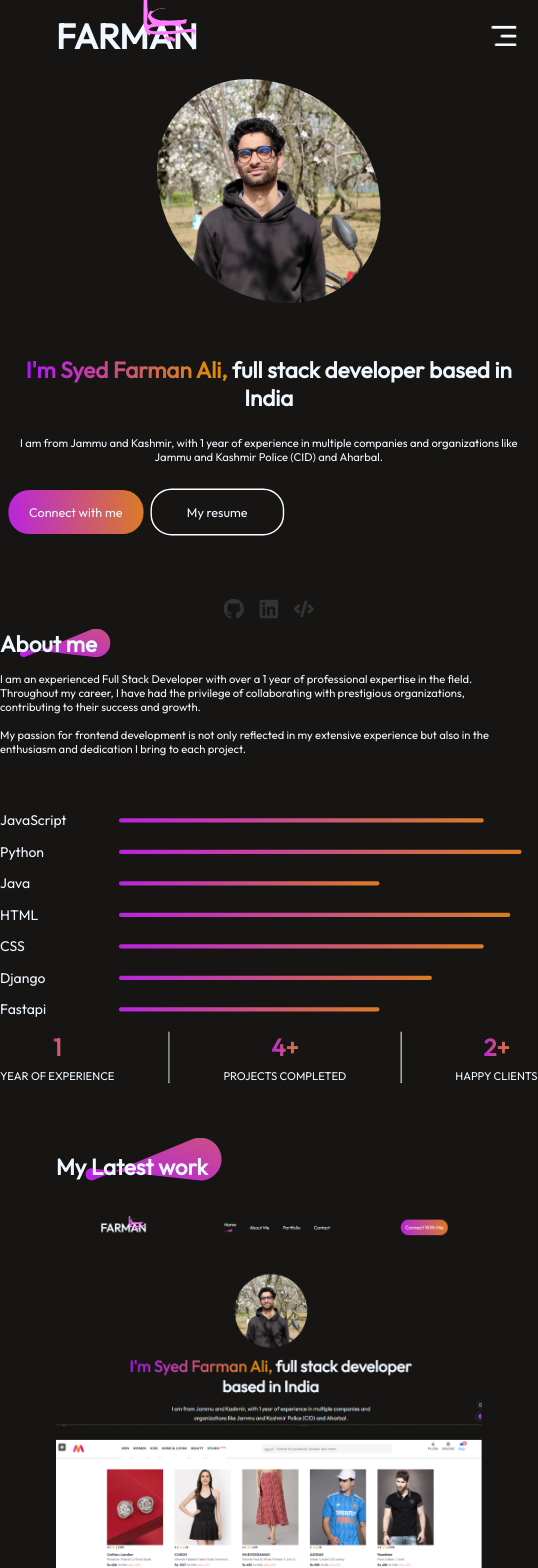
Repository: FARMAN9/portfolio_React
Page: /
An editor plug-in stored every save of this project. The page is shown before and after the next save, followed by the edit.
The browser window is 768 px wide. The pictures show the part of the page from y = 0 to 2240 px (the page is 5795 px tall), at 70% of full size.
The project was rebuilt for these pictures with package versions that can differ from the ones it lists, and the page was loaded fresh each time. Also part of the build but not shown: vite.config.js.

Above is the page before, as saved 2024-10-16 21:38:17.

### index.html
<!doctype html>
<html lang="en">
  <head>
    <meta charset="UTF-8" />
    <link rel="icon" type="image/svg+xml" href="/bac.svg" />
    <meta name="viewport" content="width=device-width, initial-scale=1.0" />
    <title>Portfoilo</title>
    <link rel="preconnect" href="https://fonts.googleapis.com">
<link rel="preconnect" href="https://fonts.gstatic.com" crossorigin>
<link href="https://fonts.googleapis.com/css2?family=Outfit&display=swap" rel="stylesheet">


  </head>
  <body>
    <div id="root"></div>

    <script type="module" src="/src/main.jsx"></script>
  </body>
</html>

### src/App.jsx

import NavBar from './Components/Navbar/NavBar'
import Hero from './Components/Hero/Hero'
import About from './Components/About/About'
import MyWork from './Components/MyWork/MyWork'
import Contact from './Components/Contact/Contact'
import Footer from './Components/Footer/Footer'
import React from 'react';

function App() {


  return (
  <>
  <NavBar/>
  <Hero/>
  <About/>
  <MyWork/>
  <Contact/>
  <Footer/>
  </>
  )
}

export default App

### src/index.css

*{
  margin: 0;
  padding: 0;

}
body{
  height: 100vh;
  background: #161513;
  color: aliceblue;
  font-family: outfit;
}

### src/Components/Navbar/NavBar.jsx
import React, { useRef, useState,useEffect } from 'react';
import './Navbar.css';
import ali from '../../assets/ali.png'
import backgound from '../../assets/nav_underline.svg'
import AnchorLink from 'react-anchor-link-smooth-scroll'
import menu_open from '../../assets/menu_open.svg'
import menu_close from '../../assets/menu_close.svg'



function NavBar() {



  const [menu,setMenu]=useState('home')
  const menuRef =useRef();
  const openMenu=()=>{
    menuRef.current.style.right='0'
  }
  const closeMenu=()=>{
    menuRef.current.style.right='-350px'
  }
  return (
    <nav className='navbar'>
      <div className='logo'>
      <AnchorLink className='anchor-link' href='#home'>
      <h1>FARMAN</h1>
      <img src={ali} alt="" />
      </AnchorLink>
      </div>
      <img src={menu_open}  onClick={openMenu} alt="" className='nav-mob-open' />

            <ul ref={menuRef} className='nav-menu'>
            <img src={menu_close} alt="" className='nav-mob-close' onClick={closeMenu}/>
             <li> <AnchorLink className='anchor-link' href='#home'><p onClick={()=>setMenu('home')}>Home</p> </AnchorLink>{menu ==='home' ? <img src ={backgound} alt=''/>:<></> }</li>
             <li><AnchorLink className='anchor-link' offset={50} href='#about'><p onClick={()=>setMenu('about')}>About Me</p></AnchorLink>{menu ==='about' ? <img src ={backgound} alt=''/>:<></> }</li>
             <li><AnchorLink className='anchor-link' offset={50} href='#work'><p onClick={()=>setMenu('work')}>Portfolio</p></AnchorLink>{menu ==='work' ? <img src ={backgound} alt=''/>:<></> }</li>
             <li><AnchorLink className='anchor-link' offset={50} href='#contact'><p onClick={()=>setMenu('contact')}>Contact</p></AnchorLink>{menu ==='contact' ? <img src ={backgound} alt=''/>:<></> }</li>
            </ul>
            <div className="nav-connect"><AnchorLink className='anchor-link' offset={50} href='#contact'>Connect With Me</AnchorLink></div>

    </nav>
  )
}

export default NavBar

### src/Components/Hero/Hero.jsx
import "./Hero.css";
import profile from "../../assets/profile.jpg";
import AnchorLink from "react-anchor-link-smooth-scroll";
import { FaGithub, FaLinkedin, FaCode } from "react-icons/fa";
import React, { useRef, useEffect } from "react";
import gsap from "gsap";
import { ScrollTrigger } from "gsap/ScrollTrigger";

// Register ScrollTrigger plugin
gsap.registerPlugin(ScrollTrigger);

function Hero() {
  return (
    <div id="home" className="hero">
      <img
        // Reference for the image
        src={profile}
        alt="profile"
      />

      <h1>
        <span className="myname">I'm Syed Farman Ali,</span> full stack
        developer based in India
      </h1>
      <p>
        I am from Jammu and Kashmir, with 1 year of experience in multiple
        companies and organizations like Jammu and Kashmir Police (CID) and
        Aharbal.
      </p>
      <div className="hero-action">
        <div className="hero-connect">
          <AnchorLink className="anchor-link" offset={50} href="#contact">
            Connect with me
          </AnchorLink>
        </div>
        <a
          className="hero-resume"
          href="https://rxresu.me/farman9/python-django-developer">
          My resume
        </a>
      </div>
      <div className="hero-socials">
        <a
          href="https://github.com/farman9"
          target="_blank"
          rel="noopener noreferrer">
          <FaGithub size={30} />
        </a>
        <a
          href="https://www.linkedin.com/in/farman9"
          target="_blank"
          rel="noopener noreferrer">
          <FaLinkedin size={30} />
        </a>
        <a
          href="https://leetcode.com/u/saeedfarman9/"
          target="_blank"
          rel="noopener noreferrer">
          <FaCode size={30} />
        </a>
      </div>
    </div>
  );
}

export default Hero;

### src/Components/About/About.jsx
import React from 'react'
import'./About.css'
import bac from '../../assets/bac.svg'
import profile from '../../assets/profile.jpg'


function About() {
  const skills = [
    { name: 'JavaScript', value: 70 },
    { name: 'Python', value: 80 },
    { name: 'Java', value: 50 },
    { name: 'HTML', value: 75 },
    { name: 'CSS', value: 70 },
    { name: 'Django', value: 60 },
    { name: 'Fastapi', value: 50 },

  ];

  return (
    <div id='about' className='about'>
        <div className="about-title">
            <h1>About me</h1>
            <img src={bac} alt="" />
        </div>
        <div className="about-sections">
        <div className="about-left">
        <img src={profile} alt="" />
       </div>
       <div className="about-right">
       <div className="about-para">
        <p>I am an experienced Full Stack Developer with over a 1 year of professional expertise in the field. Throughout my career, I have had the privilege of collaborating with prestigious organizations, contributing to their success and growth.</p>
        <p>My passion for frontend development is not only reflected in my extensive experience but also in the enthusiasm and dedication I bring to each project.</p>
       </div>
       <div className="about-skills">
        {
            skills.map((skill)=><div className="about-skill" key={skill.name}><p>{skill.name}</p><hr style={{width:`${skill.value}%`}} /></div>)
        }

      </div>
        </div>
        </div>
        <div className="about-achievements">
<div className="about-achievement">
<h1>1</h1>
<p>YEAR OF EXPERIENCE</p>
</div>
<hr />
<div className="about-achievement">
<h1>4+</h1>
<p>PROJECTS COMPLETED</p>
</div>
<hr />
<div className="about-achievement">
<h1>2+</h1>
<p>HAPPY CLIENTS</p>
</div>
</div>
    </div>
  )
}

export default About

### src/Components/MyWork/MyWork.jsx
import React, { useImperativeHandle } from "react";
import "./MyWork.css";
import bac from "../../assets/bac.svg";
import soon from "../../assets/coming_soon.gif";
import port_react from "../../assets/projects/portfilo_react.png";
import myntra from "../../assets/projects/mytra.png";
import youtube from "../../assets/projects/yt.png";
import djano_port from "../../assets/projects/django_port.png";
import dpt from "../../assets/projects/dpt.png";
import nws from "../../assets/projects/news.png";

function MyWork() {
  const mywork_data = [
    {
      w_no: 1,
      w_name: "portfolio_React",
      w_img: port_react,
      link: "https://github.com/FARMAN9/portfolio_React",
    },
    {
      w_no: 2,
      w_name: "mytra",
      w_img: myntra,
      link: "https://github.com/FARMAN9/myntra-clone-",
    },
    {
      w_no: 3,
      w_name: "youtube",
      w_img: youtube,
      link: "https://github.com/FARMAN9/youtube-clone",
    },
    {
      w_no: 4,
      w_name: "portfoilo_django",
      w_img: djano_port,
      link: "https://github.com/FARMAN9/portfoilo_django",
    },
    {
      w_no: 5,
      w_name: "DPS",
      w_img: dpt,
      link: "https://github.com/FARMAN9/Diabetes-prediction",
    },
    {
      w_no: 6,
      w_name: "oldNews_paper ",
      w_img: nws,
      link: "https://oldnews-paper.vercel.app/",
    },
    {
      w_no: 7,
      w_name: "soon",
      w_img: soon,
      link: "",
    },
  ];
  return (
    <div id="work" className="mywork">
      <div className="mywork-title">
        <h1>My Latest work</h1>
        <img src={bac} alt="" />
      </div>

      <div className="mywork-container">
        {mywork_data.map((data, index) => {
          return (
            <div key={index}>
              <a href={data.link}>
                <img src={data.w_img} alt="" />
              </a>
            </div>
          );
        })}
      </div>
    </div>
  );
}

export default MyWork;

### src/Components/Contact/Contact.jsx
import React from 'react'
import './Contact.css'
import bac from '../../assets/bac.svg'
import call from '../../assets/call.svg'
import mail from '../../assets/mail.svg'
import loc from '../../assets/loc.svg'

const mykey = "fc7158de-ce59-41ff-9c1e-672e25c721db"

function Contact() {
  const [result, setResult] = React.useState("");
  const [alertVisible, setAlertVisible] = React.useState(false);

  const onSubmit = async (event) => {
    event.preventDefault();
    setResult("Sending....");
    const formData = new FormData(event.target);

    formData.append("access_key", mykey);

    const response = await fetch("https://api.web3forms.com/submit", {
      method: "POST",
      body: formData
    });

    const data = await response.json();

    if (data.success) {
      setResult("Email Send Successfully \n Thanks😇");
      setAlertVisible(true);
      event.target.reset();
    } else {
      console.log("Error", data);
      setResult(data.message);
      setAlertVisible(true);
    }
  };

  const closeAlert = () => {
    setAlertVisible(false);
    setResult("");
  };

  return (
    <div id='contact' className='contact'>
      <div className='contact-title'>
        <h1>Get in touch</h1>
        <img src={bac} alt="" />
      </div>
      <div className='contact-section'>
        <div className='contact-left'>
          <h1>Let's talk</h1>
          <p>I'm currently available to take on new projects, so feel free to send me a message about anything that you want me to work on. You can contact anytime.</p>
          <div className="contact-details">
            <div className="contact-detail">
              <img src={mail} alt="" /> <p>saeedfarman9@gmail.com</p>
            </div>
            <div className="contact-detail">
              <img src={call} alt="" /><p>+916005943382</p>
            </div>
            <div className="contact-detail">
              <img src={loc} alt="" /><p>Jammu & Kashmir, India</p>
            </div>
          </div>
        </div>
        <div>
          <form onSubmit={onSubmit} className='contact-right'>
            <label htmlFor=""> Your Name</label>
            <input type="text" placeholder='Enter your name' name='name' />
            <label htmlFor=""> Your Email</label>
            <input type="email" placeholder='Enter your email' name='email' />
            <label htmlFor=""> Write your message here</label>
            <textarea placeholder='Enter your message' rows='8' name='message'></textarea>
            <button className='contact-submit' type='submit'>Submit now</button>
          </form>
        </div>
      </div>

      {alertVisible && (
        <div className="custom-alert">
          <div className="custom-alert-content">
            <p>{result}</p>
            <button onClick={closeAlert}>Close</button>
          </div>
        </div>
      )}
    </div>
  )
}

export default Contact

### src/Components/Footer/Footer.jsx
import React from "react";
import "./Footer.css";
import ali from "../../assets/ali.png";
import AnchorLink from 'react-anchor-link-smooth-scroll'

function Footer() {
  return (
    <div className="footer">
      <div className="footer-top">
        <div className="footer-top-left">
          <div className="logo">
          <AnchorLink className='anchor-link' offset={50} href='#home'>
            <h1>FARMAN</h1>
            <img src={ali} alt="" />
            </AnchorLink>
          </div>

        </div>
        <p>
        I wanted to take a moment to thank you for visiting my portfolio. Your time and interest in my work are truly appreciated.
        If you have any feedback, questions, or opportunities you'd like to discuss, please don't hesitate to reach out. I'm always eager to connect and explore new possibilities.
          </p>
        <div className="footer-top-right">

        </div>

        </div>
        <hr />

        <div className="footer-bottom">
          <p className="footer-bottm-left">
            {" "}
            © 2024 Syed Farman Ali. All rights reserved.{" "}
          </p>

          <div className="footer-bottom-right">
            <p>Term of Services</p>
            <p>Privacy Policy</p>
            <AnchorLink className='anchor-link' offset={50} href='#contact'> <p>Connect with me</p></AnchorLink>
          </div>
        </div>

    </div>
  );
}

export default Footer;

### src/Components/Navbar/Navbar.css
.navbar{
display: flex ;
align-items: center;
justify-content: space-between;
margin: 20px 170px;
}
.nav-menu{
    display: flex;
    align-items: center;
    list-style: none;
    gap:60px;
    font-size: 20px;

}
.nav-connect
{
    padding: 20px;
    border-radius: 50px;
    background: linear-gradient(267deg,#DA7C25 0.36%,#B923E1 102.0% );
    font-size:22px ;
    cursor: pointer;
    transition: 0.5s;

}
.nav-connect:hover
{
   transform: scale(1.05);

}



.logo{
    position: relative;
    }
.logo h1{
    padding: 0px 30px;
    font-size: 50px;
    font-weight: 600%;
    z-index: -1;

    }


.logo img{
    position: absolute;
    bottom:0;
    right: 0;

    width: 150px;
    height: 150px;

}

.anchor-link{
   text-decoration: none;
   color: aliceblue;
}
.nav-mob-close
{
    display: none;
}
.nav-mob-open{
    display: none;
}


@media(max-width:768px) {
    .navbar{
        margin: 20px 50px;
    }
    .nav-connect{
        display: none;
    }
    .nav-mob-open{
        display: block;
        position: fixed;
        right: 30px;
    }
    .nav-mob-close{
        display: block;
        position: relative;
        top: 30px;
        left: 110px;
        width: 30px;


    }
    .nav-menu{
        position: fixed;
        flex-direction: column;
        align-items: center;
        top:0;
        gap:30px;
        background-color: #1f0016;
        width: 350px;
        height: 100%;
        z-index: 2;
        transition: right 0.5s;
        right: -350px;
    }
    .nav-menu li{
        font-size: 30px;

        padding-left: 0;
        flex-direction: row;
        gap:20px;

    }

}

### src/Components/Hero/Hero.css
.hero {
  display: flex;
  flex-direction: column;
  align-items: center;
  gap: 35px;
}
.hero img {
  margin-top: 150px;
  border-radius: 50% 60%;
  width: 20rem;
  height: 20rem;
  position: relative;

  overflow: hidden; /* Hide overflow */

  z-index: 1; /* Make sure the image appears above the border */
  animation: borderchange 10s infinite; /* Animation duration and repetition */
}

/* Animated border wrapper */

/* Animated border effect */

/* Keyframes for border animation */
/* Animated border effect */

/* Keyframes for border animation */
@keyframes borderchange {
  0% {
    border-radius: 20% 40%; /* Initial radius */ /* Initial width */
    border-color: rgba(255, 255, 255, 0.5); /* Initial color */
    /* No scaling */
  }
  25% {
    border-radius: 30% 50%; /* Slightly increase radius */
    border-color: rgba(255, 200, 0, 0.7); /* Change color */
    /* Slightly scale up */
  }
  50% {
    border-radius: 50%; /* Fully rounded */
    border-color: rgba(0, 200, 255, 0.7); /* Another color change */
    border-width: 25px; /* Slightly increase width */ /* Scale up further */
  }
  75% {
    border-radius: 40% 60%; /* Return to less rounded */
    border-color: rgba(255, 0, 150, 0.7); /* Change color again */
    /* Scale back down */
  }
  100% {
    border-radius: 20% 40%; /* Back to initial radius */
    border-width: 20px; /* Back to initial width */
    border-color: rgba(255, 255, 255, 0.5); /* Return to initial color */
    /* Reset scaling */
  }
}

.hero h1 {
  text-align: center;

  font-weight: 600;
  width: 70%;
  font-size: 70px;
}
.hero h1 span {
  background: linear-gradient(270deg, #df8908 10%, #b415ff 100%);
  background-clip: text;
  -webkit-background-clip: text;
  -webkit-text-fill-color: transparent;
}
.hero-socials img {
  width: 30px;
  height: 30px;
  cursor: pointer;
}
.hero p {
  width: 50%;
  text-align: center;
  font-size: 24px;
  line-height: 40px;
}
.hero-action {
  display: flex;
  align-items: center;
  gap: 25px;
  font-size: 24px;
  font-weight: 500;
  margin-bottom: 50px;
}
.hero-connect {
  padding: 25px 45px;
  border-radius: 50px;
  background: linear-gradient(267deg, #da7c25 0.36%, #b923e1 102%);
  cursor: pointer;
}
.hero-resume {
  padding: 25px 75px;
  border-radius: 50px;
  border: 2px solid #fff;
  cursor: pointer;
  color: aliceblue;
  text-decoration: none;
}

.hero-connect:hover {
  border: 2px solid white;
}
.hero-resume:hover {
  border-color: #b415ff;
}
.hero-socials {
  margin-top: 20px;
}

.hero-socials a {
  margin: 0 10px;
  color: #333;
  transition: color 0.3s;
}

.hero-socials a:hover {
  color: #b415ff; /* You can change this color to match the theme */
}
@media (max-width: 768px) {
  .hero img {
    margin-top: 10px;
  }
  .hero h1 {
    margin-top: 40px;
    width: 96%;
    font-size: 2rem;
  }
  .hero p {
    width: 97%;
    font-size: 1rem;
    line-height: 20px;
  }
  .hero-action {
    width: 97%;
    gap: 10px;
    font-size: 18px;
    font-weight: 500;
    margin-bottom: 50px;
  }
  .hero-connect {
    padding: 20px 30px;
    border-radius: 30px;
  }
  .hero-resume {
    padding: 20px 50px;
    border-radius: 30px;
  }
  .hero-socials {
    margin-top: 5px;
  }
}

### src/Components/About/About.css
.about {
  display: flex;
  flex-direction: column;
  align-items: center;
  justify-content: center;
  gap: 80px;
  margin: 80px 170px;
}

.about-title {
  position: relative;
}
.about-title h1 {
  padding: 0px 30px;
  font-size: 80px;
  font-weight: 600%;
}

.about-title img {
  position: absolute;
  bottom: 0;
  right: 0;
  z-index: -1;
}

.about-sections {
  display: flex;
  gap: 80px;
}

.about-left img {
  width: 25rem;
  height: 25rem;
}
.about-right {
  display: flex;
  flex-direction: column;
  gap: 80px;
}

.about-para {
  display: flex;
  flex-direction: column;
  gap: 20px;
  font-size: 24px;
  font-weight: 500;
}

.about-skills {
  display: flex;
  flex-direction: column;
  gap: 20px;
}

.about-skill {
  display: flex;
  gap: 50px;
  align-items: center;
  transition: 0.3s;
}
.about-skill p {
  min-width: 150px;
  font-size: 24px;
  font-weight: 500;
}
.about-skill hr {
  outline: none;
  border: none;
  width: 50%;
  height: 8px;
  border-radius: 50px;
  background: linear-gradient(267deg, #da7c25 0.36%, #b923e1 102%);
}

.about-achievements {
  display: flex;
  width: 100%;
  justify-content: space-around;
  margin-bottom: 80px;
}

.about-achievement {
  display: flex;
  flex-direction: column;
  align-items: center;
  gap: 10px;
  transition: 0.5s;
}

.about-achievement h1 {
  font-size: 60px;
  font-weight: 700;
  background: linear-gradient(267deg, #da7c25 0.36%, #b923e1 102%);
  background-clip: text;
  -webkit-background-clip: text;
  -webkit-text-fill-color: transparent;
}

.about-achievement p {
  font-size: 22px;
  font-weight: 500;
}
.about-skill:hover {
  transform: scale(1.05);
  transition: 0.3s;
}
.about-achievement:hover {
  transform: scale(1.12);
  transition: 0.5s;
}

@media (max-width: 768px) {
  .about {
    gap: 20px;
    margin: 10px 0px;
    align-items: start;
  }
  .about-title h1 {
    font-size: 2rem;
    padding: 0;
  }
  .about-title img {
    width: 130px;
    right: -20px;
  }

  .about-sections {
    flex-direction: column;
  }
  .about-left {
    display: none;
  }
  .about-para {
    width: 97%;
    font-size: 1rem;
    line-height: 20px;
  }
  .about-skill {
    width: 97%;
    gap: 20px;
    align-items: center;
  }
  .about-skill p {
    font-size: 20px;
  }
  .about-skill hr {
    height: 6px;
  }
  .about-achievements {
    justify-content: space-between;
  }
  .about-achievement {
    gap: 10px;
  }
  .about-achievement h1 {
    font-size: 34px;
    font-weight: 700;
  }
  .about-achievement p {
    text-align: center;
    font-size: 16px;
  }
}

### src/Components/MyWork/MyWork.css
.mywork {
  display: flex;
  flex-direction: column;
  align-items: center;
  justify-content: center;
  gap: 80px;
  margin: 80px 170px;
}
.mywork-title {
  position: relative;
}
.mywork-title h1 {
  padding: 0px 30px;
  font-size: 80px;
  font-weight: 600%;
}
.mywork-title img {
  position: absolute;
  bottom: 0;
  right: 0;
  z-index: -1;
}

.mywork-container {
  display: grid;
  grid-template-columns: 1fr 1fr 1fr;
  gap: 40px;
}

.mywork-container img {
  box-sizing: border-box;
  width: 419px;
  height: 280px;
  transition: 0.3s;
  cursor: pointer;
}
.mywork-container img:hover {
  transform: scale(1.1);
  border: 4px solid #ff00ff;
  border-radius: 10px;
  transition: 0.3s;
}

@media (max-width: 768px) {
  .mywork {
    gap: 50px;
    margin: 20px 80px;
    align-items: start;
  }
  .mywork-title h1 {
    padding: 0;
    font-size: 2rem;
    font-weight: 600;
  }
  .mywork-title img {
    width: 90%;
    margin-right: -20px;
  }
  .mywork-container {
    grid-template-columns: 1fr;
    gap: 20px;
  }
  .mywork-container img {
    width: 100%;
    height: 100%;
  }
}

### src/Components/Footer/Footer.css


.logo{
    position: relative;
    }
.logo h1{
    padding: 0px 30px;
    font-size: 50px;
    font-weight: 600%;
    z-index: -1;
    }
.logo img{
    position: absolute;
    bottom:0;
    right: 0;
    width: 150px;
    height: 150px;

}


.footer{
 margin: 50px 170px;
 display: flex;
 flex-direction: column;
 gap: 30px;
}
.footer-top{
    display: flex;
    justify-content: space-between;
}
.footer-top-left{
    display: flex;
    align-items: center;


}
.footer-top-left p{
   font-size: 15px;
   max-width: 500px;
}

.footer-bottom{
    display: flex;
    justify-content: space-between;
    font-size: 18px;

}
.footer-bottom-right{
    display: flex;
    gap:50px;
    margin-bottom: 50px;


}
@media(max-width:768px)
{
    .footer{
        margin: 50px 70px;
    }
    .footer-top{
        flex-direction: column;
        gap: 50px;
    }
    .footer-bottom{
        display: flex;
        flex-direction: column-reverse;
        margin-bottom: 50px;

    }
}

Loaded but not shown: src/main.jsx (common file); src/Components/Contact/Contact.css (193 lines, source omitted)

After the next save:
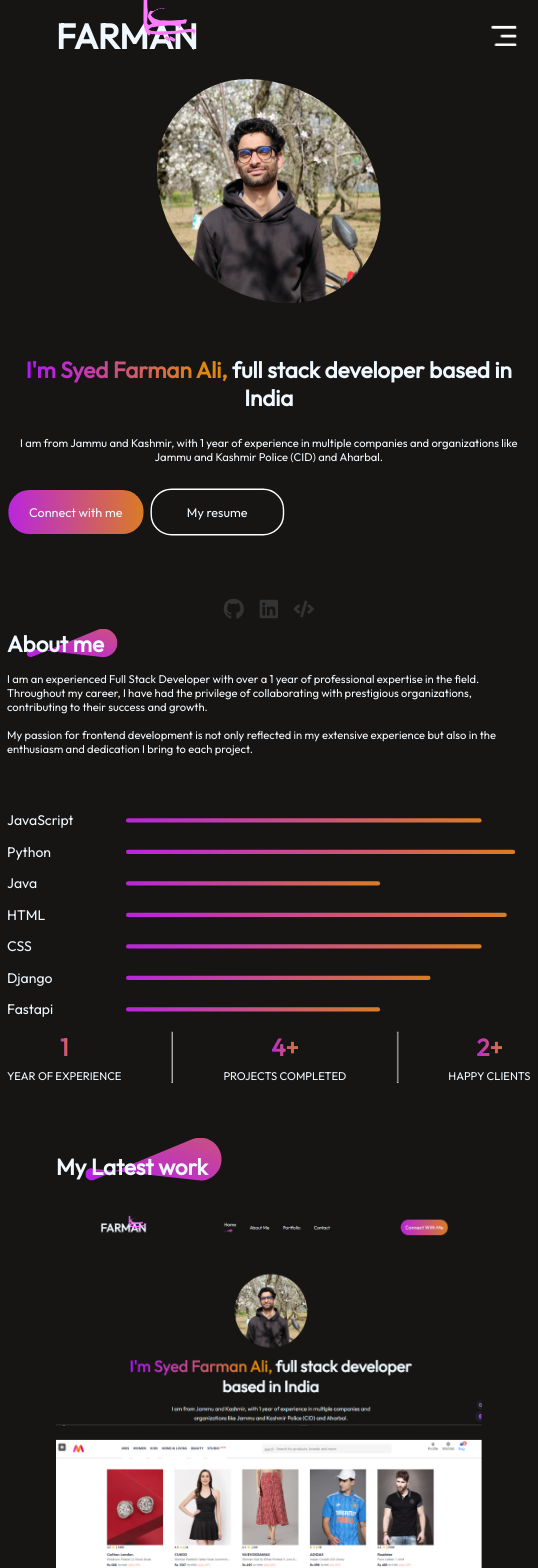
Saved 4 s later.
--- a/src/Components/About/About.css
+++ b/src/Components/About/About.css
@@ -112,7 +112,7 @@
 @media (max-width: 768px) {
   .about {
     gap: 20px;
-    margin: 10px 0px;
+    margin: 10px 10px;
     align-items: start;
   }
   .about-title h1 {
